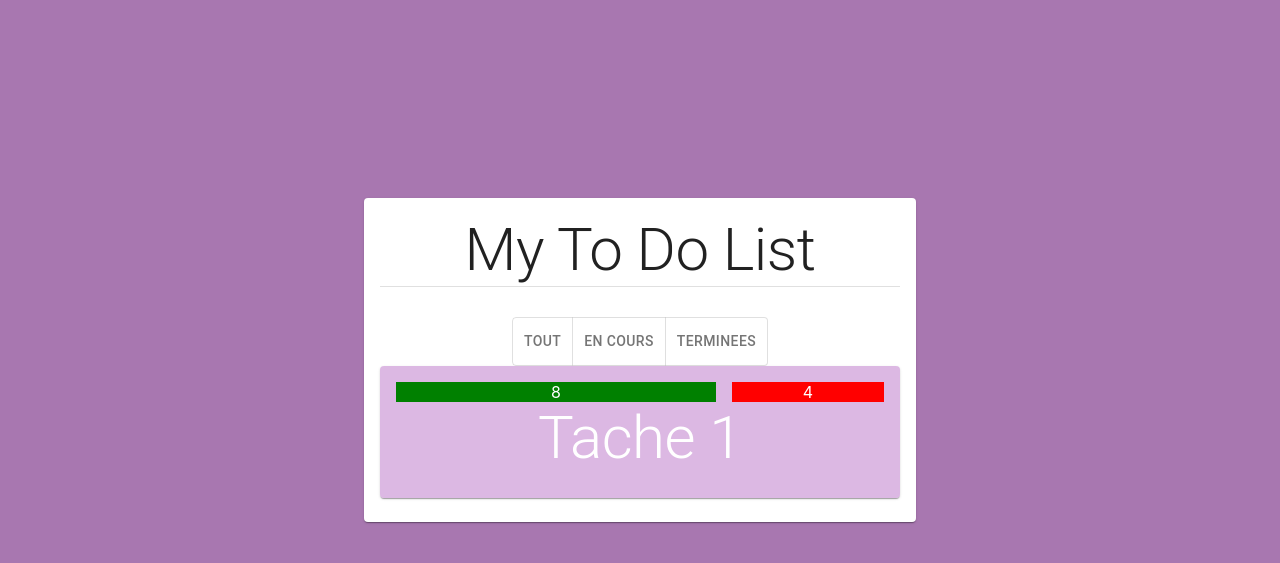
Repository: Fathiyasmine/Todo-list-project
Page: /
These files come from the project's save history. The page is drawn as it stood at one moment and after the next save; the edit follows.
The browser window is 1280 px wide. The pictures show the whole page.
The project was rebuilt for these pictures with package versions that can differ from the ones it lists, and the page was loaded fresh each time.

Above is the page before, as saved 2025-12-07 17:13:58.

After the next save:
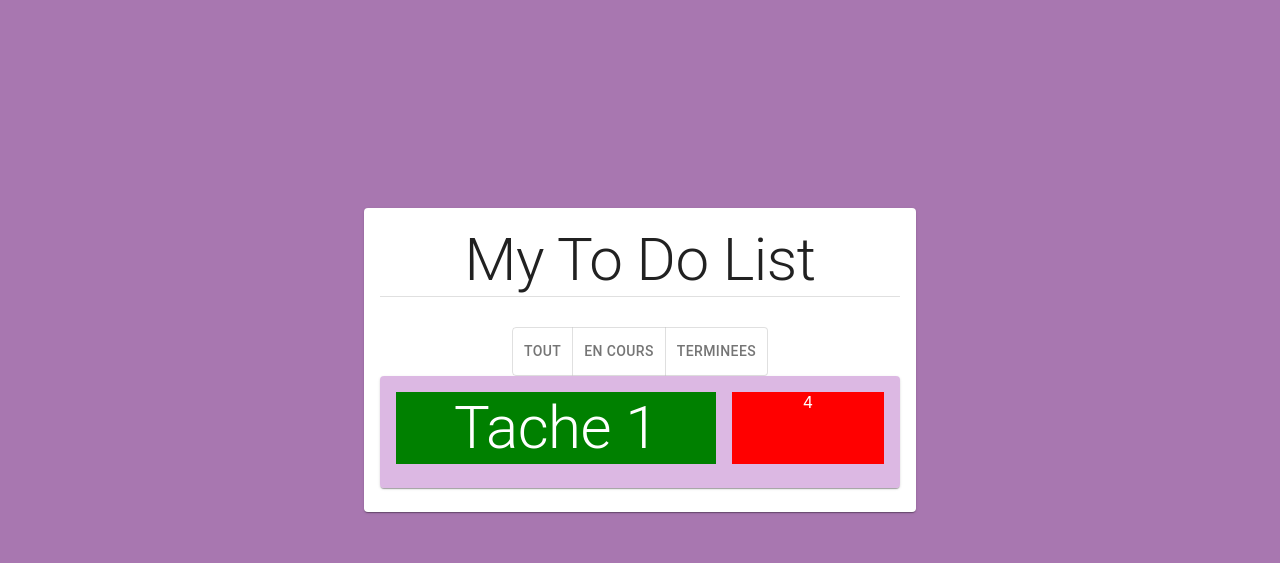
Saved 22 s later.
--- a/src/components/Todo.js
+++ b/src/components/Todo.js
@@ -10,13 +10,12 @@ export default function Todo() {
         <CardContent>
           <Grid container spacing={2}>
             <Grid size={8} style={{ background: "green" }}>
-              8
+              <Typography variant="h2">Tache 1</Typography>
             </Grid>
             <Grid size={4} style={{ background: "red" }}>
               4{" "}
             </Grid>
           </Grid>
-          <Typography variant="h2">Tache 1</Typography>
         </CardContent>
       </Card>
     </>
